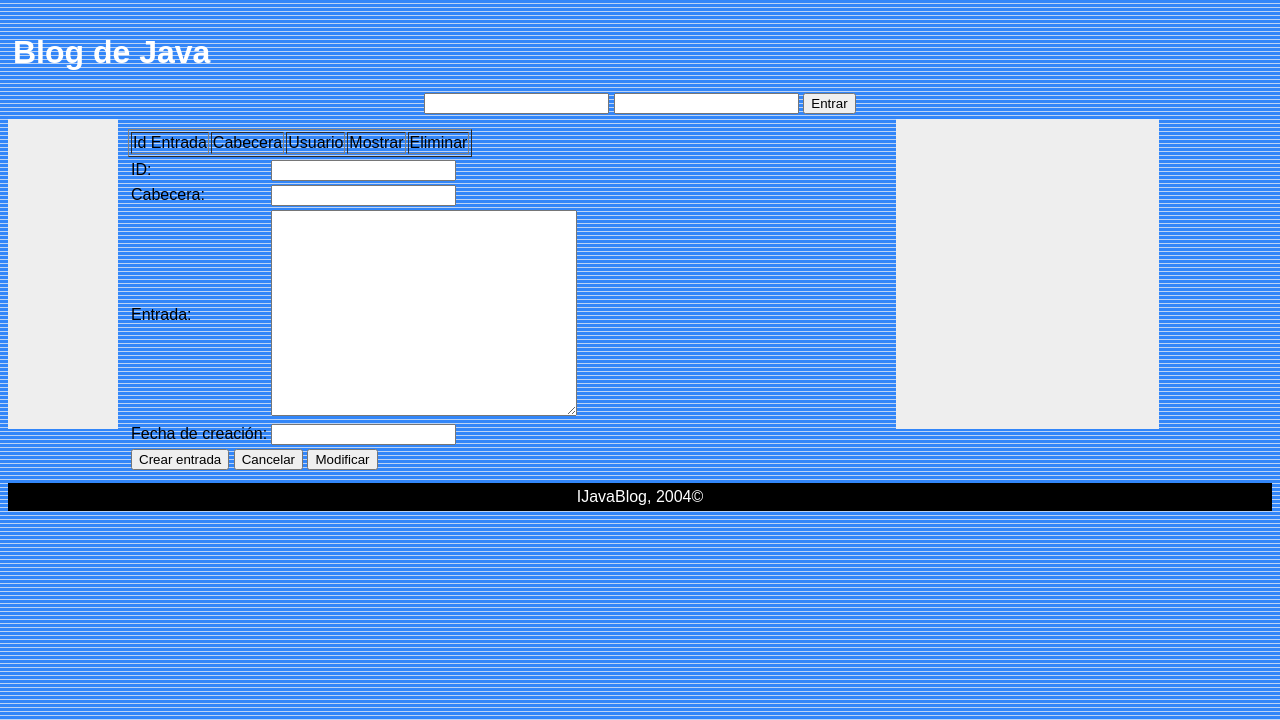
Repository: alruis/IJavaDreamBlog
Page: http://localhost/IJavaBlog/jsp/blog/inicio.jsp
These files come from the project's save history. The page is drawn as it stood at one moment and after the next save; the edit follows.
The browser window is 1280 px wide. The pictures show the whole page.
The page is served by Tomcat 9. Nobody is signed in. The application's start-up code is not run. Other server files are loaded and not shown. The template is opened directly, without the code that normally fills it, so the values that code supplies are empty.

Above is the page before, as saved 2014-09-25 15:56:28.
Console error: ReferenceError: init is not defined

### IJavaBlog/WebContent/jsp/blog/inicio.jsp
<%@ page language="java" contentType="text/html; charset=UTF-8"
    pageEncoding="UTF-8"%>
     <%@page import="model.Entrada"%>
 <%@page import="java.util.List"%>
<%@ taglib prefix="c" uri="http://java.sun.com/jsp/jstl/core" %>
<%@ taglib prefix="form" uri="http://www.springframework.org/tags/form" %>
<!DOCTYPE html>
<html>
<head>
	<meta charset="UTF-8">
	<title>IJavaBlog</title>
	<!-- <link href="css/comun.css" rel="stylesheet" type="text/css" />  -->
	<!-- <link href="css/bootstrap.css" rel="stylesheet" type="text/css" />   -->
	<link href="css/ijavablog.css" rel="stylesheet" type="text/css" />




	<script>

	const AGREGAR = 0;
		const MODIFICAR = 1;

		var confirmar = function() {
			var confirmado = confirm("Seguro que deseas eliminar la entrada?");
			return confirmado; // true o false
		};

		var guardar = function(op) {
			var form = document.forms.entradaForm;

			if (op == AGREGAR)
				form.action = "agregarEntrada.blog";
			else if (op == MODIFICAR)
				form.action = "modificarEntrada.blog";

			form.submit();
		};



	</script>


</head>
<body  onload="init()">


	<div id="cabecera" class="cabecera"><%@ include file="cabecera.jsp" %></div>

		<div id="errores">
		<c:forEach var="e" items="${errores}">
			${e}<br/>
		</c:forEach>

</div>
	<div id="body" class="cuerpo" >

	<div id="navegacion" class="navegacion"></div>

	<div id="entradas" class="entradas" >
		<table id="tablaEntradas" border="1">


		<tbody id="tbodyEntradas" >
		<thead>
		<tr><td>Id Entrada</td>
		<td>Cabecera</td>
		<td>Usuario</td>
		<td>Mostrar</td>
		<td>Eliminar</td></tr>

		</thead>
		<%
			// Obteniendo personas que son enviadas desde el Controlador
			List<Entrada> entradas = (List<Entrada>)
			request.getAttribute("entradas");

			if (entradas != null) {
				int num = 1;
				for (Entrada ent : entradas) {
		%>

					<tr>

						<td><%= ent.getIdEntrada() %></td>
						<td><%= ent.getCabeceraEntrada() %></td>
						<td>Creada por el usuario: <%= ent.getIdusuario() %></td>
						<td><a href="mostrar.blog?idEntrada=<%= ent.getIdEntrada() %>"> Mostrar	</a>
						</td>
						<td><a
								href="eliminar.blog?idEntrada=<%= ent.getIdEntrada() %>"
								onclick="return confirmar()" >Eliminar
							</a>
						</td>
					</tr>

		<%
				}
			}
		%>
		</tbody>
	</table>


	<!--   <h1>Crear entrada</h1> -->
	<form:form action="agregarEntrada.blog" commandName="entradaForm" method="post">
		<table>
		<tr>
				<td>ID:</td>
				<td><form:input path="idEntrada" readonly="true" /> </td>
			</tr>
			<tr>
				<td>Cabecera:</td>
				<td><form:input path="cabeceraEntrada"/> </td>
			</tr>
			<tr>
				<td>Entrada:</td>
				<td><form:textarea cssStyle="width:300px;height:200px" path="entrada" /> </td>
			</tr>

			<tr>
				<td>Fecha de creación:</td>
				<td><form:input path="fechaCreacion"/> </td>
			</tr>
			<tr>
				<td colspan="2">
					<input type="submit" value="Crear entrada"/>
					<!-- <input type="button" value="Agregar entrada" onclick="guardar(AGREGAR)"/> -->
				<input type="button" value="Cancelar" onclick="window.location.href='inicio.blog'"/>
				<input type="button" value="Modificar" onclick="guardar(MODIFICAR)"/>
				</td>
			</tr>
		</table>
	</form:form>
	</div> <!--  Cierre de div de entradas -->

	<div id="enlaces" class="enlaces"></div>
	</div> <!--  Cierre de div de body -->

	<div class="pie">
	<%@ include file="pie.jsp" %>
	</div>

</body>
</html>

### IJavaBlog/WebContent/jsp/blog/cabecera.jsp
<%@ page language="java" contentType="text/html; charset=UTF-8"
    pageEncoding="UTF-8"%>
<%@ taglib prefix="c" uri="http://java.sun.com/jsp/jstl/core" %>

<!--  <link href="css/cabecera.css" rel="stylesheet" type="text/css" /> -->
<div id="cabecera">
	<form action="autenticar.blog" method="post">
	<div onclick="javascript:location.href='index.blog'"><h1>Blog de Java</h1></div>
	<div>
		<c:choose>
			<c:when test="${empty sessionScope.usuario}">
				<input type="text" name="correo" />
				<input type="text" name="clave" />
				<input type="submit" value="Entrar" />
			</c:when>
			<c:otherwise>
			<span style="text-align: right;">
				Bienvenido, ${sessionScope.usuario.correo }
				<a href="cerrarSesion.blog">Cerrar sesión</a>
			</span>
			</c:otherwise>
		</c:choose>
	</div>
	</form>
</div>

### IJavaBlog/WebContent/jsp/blog/pie.jsp
<%@ page language="java" contentType="text/html; charset=UTF-8"
    pageEncoding="UTF-8"%>
<div id="pie">
	IJavaBlog, 2004&copy;
</div>

### IJavaBlog/WebContent/css/ijavablog.css
h1 {
	text-align: left;
}

html{
	font-family:Arial, Helvetica, sans-serif;
	font-size:100%;
	background:url("/img/FondoCabecera.png") repeat top;
}

#body {
	clear: both;
	background:url("/img/FondoCabecera.png") repeat top;
}

#registrarUsuario {
	text-align: right;
}


td.entradas{
	text-align: left;
	}


	div.cabecera{
	background-color:black;
	 background-image: url("/img/FondoCabecera.png");

    color:white;
    text-align:center;
    padding:5px;
	}

	div.cuerpo{

	}

	div.enlaces{
 	line-height:30px;
    background-color:#eeeeee;
    height:300px;
    width:20%;
    float:left;
    padding:5px;

	}
	div.entradas{
	width:60%;
    float:left;
    padding:10px;

	}

	div.navegacion{
	 line-height:20%;
    background-color:#eeeeee;
    height:300px;
    width:100px;
    float:left;
    padding:5px;
	}




	div.pie{
	 background-color:black;
    color:white;
    clear:both;
    text-align:center;
   padding:5px;

	}

After the next save:
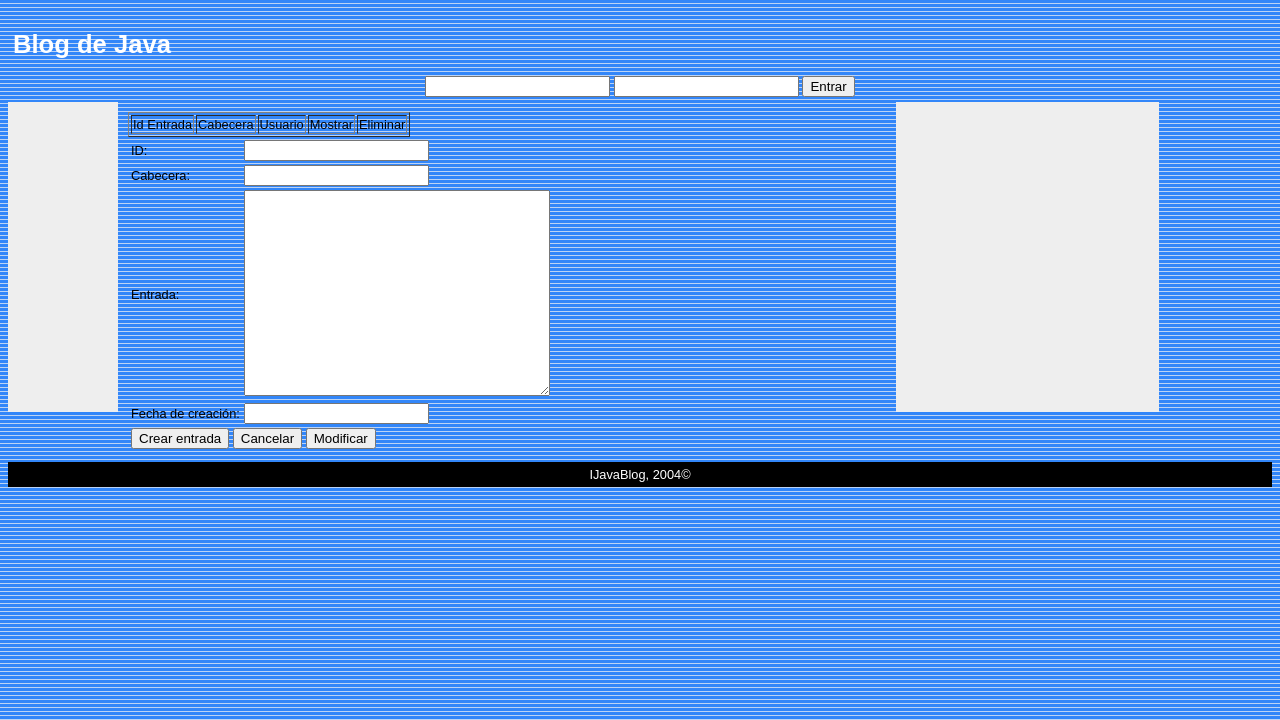
Saved 31 s later.
--- a/IJavaBlog/WebContent/css/ijavablog.css
+++ b/IJavaBlog/WebContent/css/ijavablog.css
@@ -4,7 +4,7 @@ h1 {
 
 html{
 	font-family:Arial, Helvetica, sans-serif;
-	font-size:100%;
+	font-size:80%;
 	background:url("/img/FondoCabecera.png") repeat top;
 }
 
